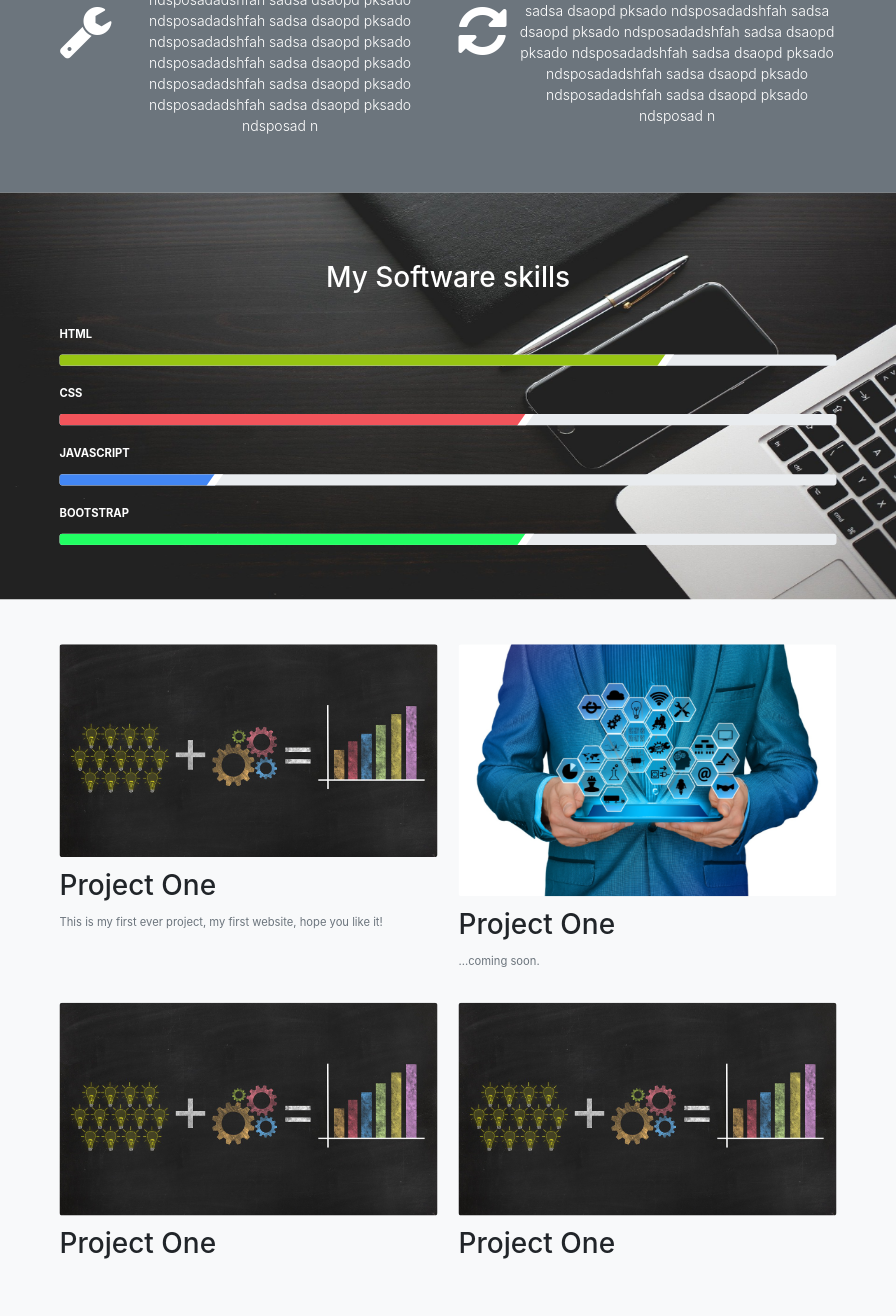
Repository: Kraljiccar/User-Centric-Frontend-Development-Milestone-Project
Page: index.html
The author's editor kept a record of every edit. The page is drawn from the files as they stood at one moment, then again after the next edit.
The browser window is 1280 px wide. The pictures show the part of the page from y = 909 to 2829 px (the page is 2789 px tall before and 2829 px after), at 70% of full size.
Backgrounds fixed to the window are drawn as part of the page.

Above is the page before.

### index.html
<!DOCTYPE html>
<html lang="en-US">

<head>
    <meta charset="UTF-8">
    <meta name="viewport" content="width=device-width, initial-scale=1.0">
    <meta http-equiv="X-UA-Compatible" content="ie=edge">
    <link rel="stylesheet" href="./assets/css/style.css" type="text/css" />
    <link rel="stylesheet" href="https://stackpath.bootstrapcdn.com/bootstrap/4.3.1/css/bootstrap.min.css" integrity="sha384-ggOyR0iXCbMQv3Xipma34MD+dH/1fQ784/j6cY/iJTQUOhcWr7x9JvoRxT2MZw1T" crossorigin="anonymous">
    <link rel="stylesheet" href="https://stackpath.bootstrapcdn.com/font-awesome/4.7.0/css/font-awesome.min.css" type="text/css" />

    <title>Nemanja Kraljic</title>
</head>

<body data-spy="scroll" data-target="#navbarResponsive">
    <section id="banner">
        <div class="container">
            <div class="row max-viewport align-items-center text-center">
                <div class="col-md-6 ">
                    <h1 class="text-white text-uppercase">Nemanja Kraljic</h1>
                    <h3 class="text-white">-Software developer-</h2>
                </div>
            </div>
        </div>
    </section>
    <!-----about me----->
    <section id="about-me" class="py-5 bg-secondary">
        <div class="container">
            <div class="row align-items-center text-center text-white">
                <div class="col-sm-12 col-md-6 col-lg-4text-white my-3 d-flex">
                    <i class="fa fa-wrench fa-5x mr-3 align-self-center"></i>
                    <div class="inner-text">
                        <h1 class="my-3">Who am I?</h1>
                        <p class="lead">adshfah sadsa dsaopd pksado ndsposadadshfah sadsa dsaopd pksado ndsposadadshfah sadsa dsaopd pksado ndsposadadshfah sadsa dsaopd pksado ndsposadadshfah sadsa dsaopd pksado ndsposadadshfah sadsa dsaopd pksado ndsposadadshfah sadsa
                            dsaopd pksado ndsposad n</p>

                    </div>
                </div>
                <div class="col-sm-12 col-md-6 col-lg-4text-white my-3 d-flex">
                    <i class="fa fa-refresh fa-5x mr-3 align-self-center"></i>
                    <div class="inner-text">
                        <h1 class="my-3">Who am I?</h1>
                        <p class="lead">adshfah sadsa dsaopd pksado ndsposadadshfah sadsa dsaopd pksado ndsposadadshfah sadsa dsaopd pksado ndsposadadshfah sadsa dsaopd pksado ndsposadadshfah sadsa dsaopd pksado ndsposadadshfah sadsa dsaopd pksado ndsposadadshfah sadsa
                            dsaopd pksado ndsposad n</p>

                    </div>
                </div>

            </div>
        </div>

    </section>
    <!-----skills---->
    <section id="skills" class="p-5">
       <div class="naslov">
    <h1 class="mb-5 mt-5"> My Software skills</h1>
</div>
<div class="container">
    <div class="row">
        <div class="col-md-12">
            <h3 class="progress-title">HTML</h3>
            <div class="progress">
                <div class="progress-bar" style="width:78%; background:#97c513;">
                    <div class="progress-value">65%</div>
                </div>
            </div>
            <h3 class="progress-title">CSS</h3>
            <div class="progress">
                <div class="progress-bar" style="width:60%; background:#f2545b;">
                    <div class="progress-value">100%</div>
                </div>
            </div>
            <h3 class="progress-title">JAVASCRIPT</h3>
            <div class="progress">
                <div class="progress-bar" style="width:20%; background:#4286f4;">
                    <div class="progress-value">75%</div>
                </div>
            </div>
            <h3 class="progress-title">BOOTSTRAP</h3>
            <div class="progress">
                <div class="progress-bar" style="width:60%; background:#21ff63;">
                    <div class="progress-value">30%</div>
                </div>
            </div>
        </div>
    </div>
</div>
    </section>

    <section id="projects" class="p-5 bg-light" >
      <div class="container">
        <div class="row">
          <div class="col-sm-6 my-3">
              <img src="assets/images/success.jpg" alt="#" class="img-fluid rounded" alt="picture">
            <h1 class="my-3">Project One</h1>
            <p class="text-muted">This is my first ever project, my first website, hope you like it!</p>
          </div>
          <div class="col-sm-6 my-3">
              <img src="assets/images/industry.jpg" alt="#" class="img-fluid rounded" alt="picture">
            <h1 class="my-3">Project One</h1>
            <p class="text-muted">...coming soon.</p>
          </div>
          <div class="col-sm-6 my-3">
              <img src="assets/images/success.jpg" alt="#" class="img-fluid rounded" alt="picture">
            <h1 class="my-3">Project One</h1>
          </div>
          <div class="col-sm-6 my-3">
              <img src="assets/images/success.jpg" alt="#" class="img-fluid rounded" alt="picture">
            <h1 class="my-3">Project One</h1>
          </div>


        </div>
      </div>
    </section>
    <!-----Script---->
    <script src="https://code.jquery.com/jquery-3.3.1.slim.min.js" integrity="sha384-q8i/X+965DzO0rT7abK41JStQIAqVgRVzpbzo5smXKp4YfRvH+8abtTE1Pi6jizo" crossorigin="anonymous"></script>
    <script src="https://cdnjs.cloudflare.com/ajax/libs/popper.js/1.14.7/umd/popper.min.js" integrity="sha384-UO2eT0CpHqdSJQ6hJty5KVphtPhzWj9WO1clHTMGa3JDZwrnQq4sF86dIHNDz0W1" crossorigin="anonymous"></script>
    <script src="https://stackpath.bootstrapcdn.com/bootstrap/4.3.1/js/bootstrap.min.js" integrity="sha384-JjSmVgyd0p3pXB1rRibZUAYoIIy6OrQ6VrjIEaFf/nJGzIxFDsf4x0xIM+B07jRM" crossorigin="anonymous"></script>
</body>

</html>

### assets/css/style.css
@import url('https://fonts.googleapis.com/css?family=Roboto:400,700&display=swap');

body {
  font-family: 'Roboto', sans-serif;
}

.max-viewport {
  min-height: 100vh;
}

#banner,
#skills {
  background: url("../images/office.jpg"), linear-gradient(rgba(179, 179, 179, 1), rgba(247, 247, 247, 1));
  background-attachment: fixed;
  background-position: center center;
  background-repeat: no-repeat;
  background-size: cover;
}

.naslov {
  color: #fff;
}

.naslov h1 {
  text-align: center
}

.progress-title {
  font-size: 16px;
  font-weight: 700;
  color: #fff;
  margin: 0 0 20px;
}

.progress {
  height: 20px;
  background: #333;
  border-radius: 0;
  box-shadow: none;
  margin-bottom: 30px;
  overflow: visible
}

.progress-value {
  font-size: 20px;
  color: #fff;
}

.progress .progress-bar {
  position: relative;
  -webkit-animation: animate-positive 2s;
  animation: animate-positive 2s
}

.progress .progress-value {
  display: block;
  font-size: 18px;
  font-weight: 500;
  color: black;
  position: absolute;
  top: -30px;
  right: -25px
}

.progress .progress-bar:after {
  content: "";
  display: inline-block;
  width: 10px;
  background: #fff;
  position: absolute;
  top: -10px;
  bottom: -10px;
  right: -5px;
  z-index: 1;
  transform: rotate(35deg)
}

.p1img {
  width: 150px;
  height: 150px;
  background-image: url("../images/succes.jpg");
  background-size: cover;
}

After the next edit:
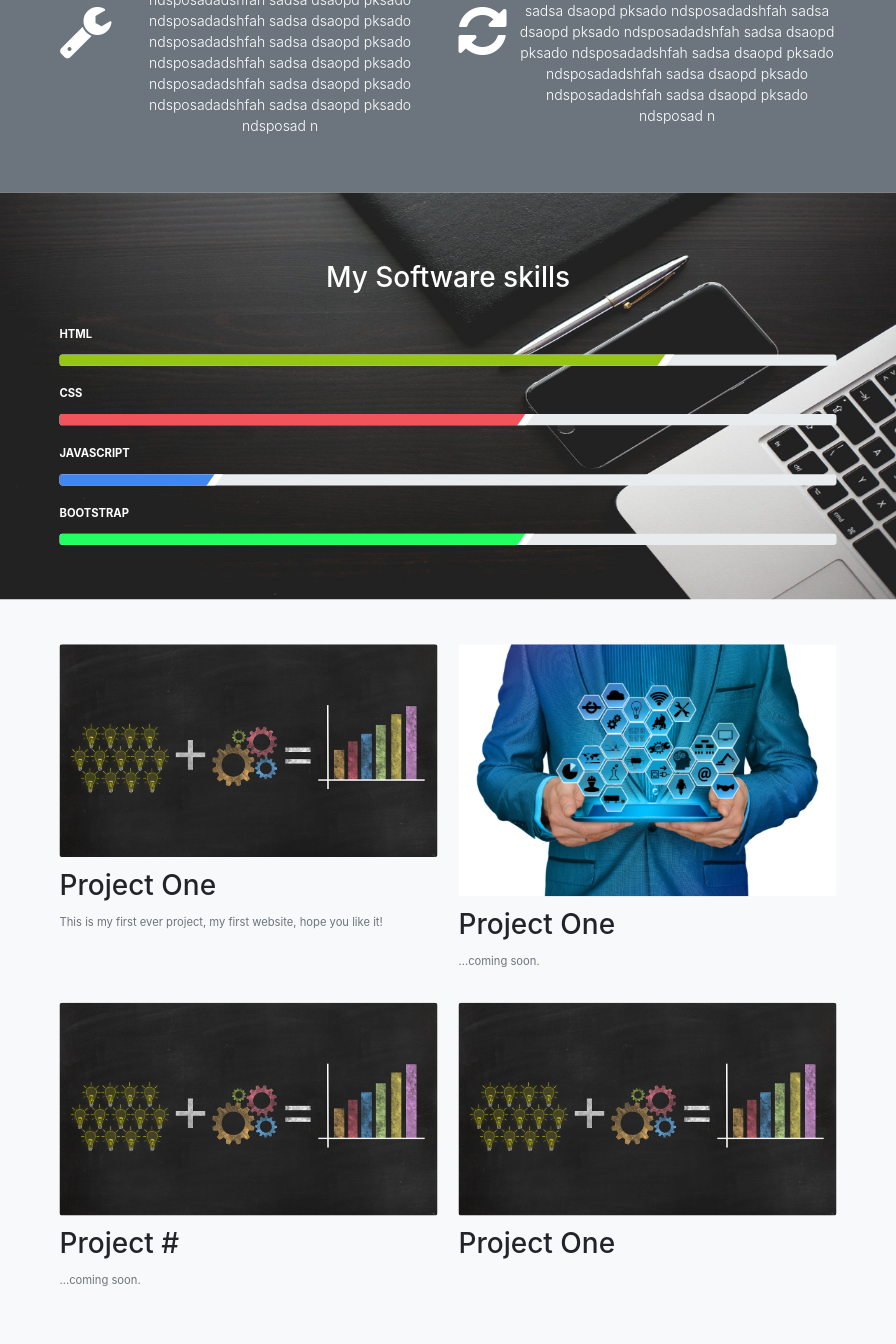
The edit:
--- a/index.html
+++ b/index.html
@@ -102,7 +102,8 @@
           </div>
           <div class="col-sm-6 my-3">
               <img src="assets/images/success.jpg" alt="#" class="img-fluid rounded" alt="picture">
-            <h1 class="my-3">Project One</h1>
+            <h1 class="my-3">Project #</h1>
+            <p class="text-muted">...coming soon.</p>
           </div>
           <div class="col-sm-6 my-3">
               <img src="assets/images/success.jpg" alt="#" class="img-fluid rounded" alt="picture">
